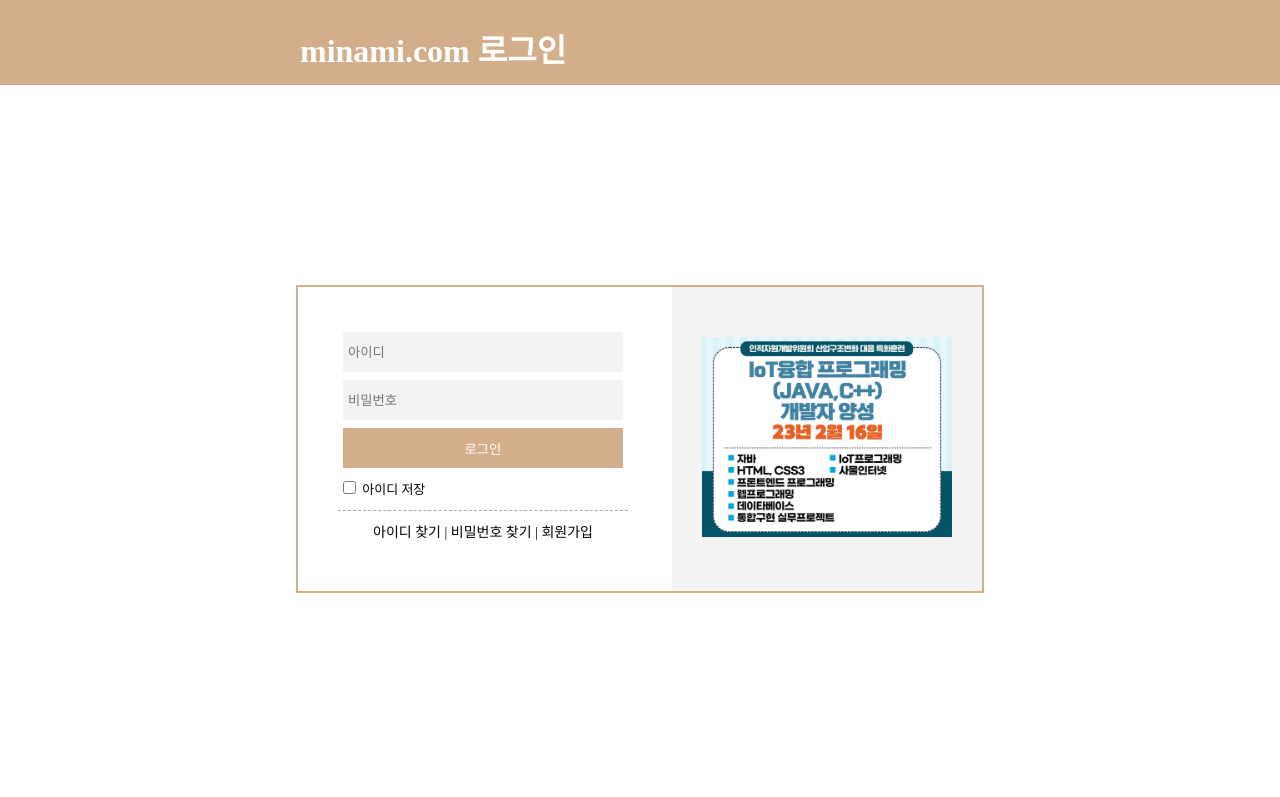
Repository: Minami0717/JSP_Study
Page: http://localhost/JSP_Gall/jsp/loginForm.jsp
These files come from the project's save history. The page is drawn as it stood at one moment and after the next save; the edit follows.
The browser window is 1280 px wide. The pictures show the whole page.
The page is served by Tomcat 9.

Above is the page before, as saved 2023-02-15 07:07:04.

After the next save:
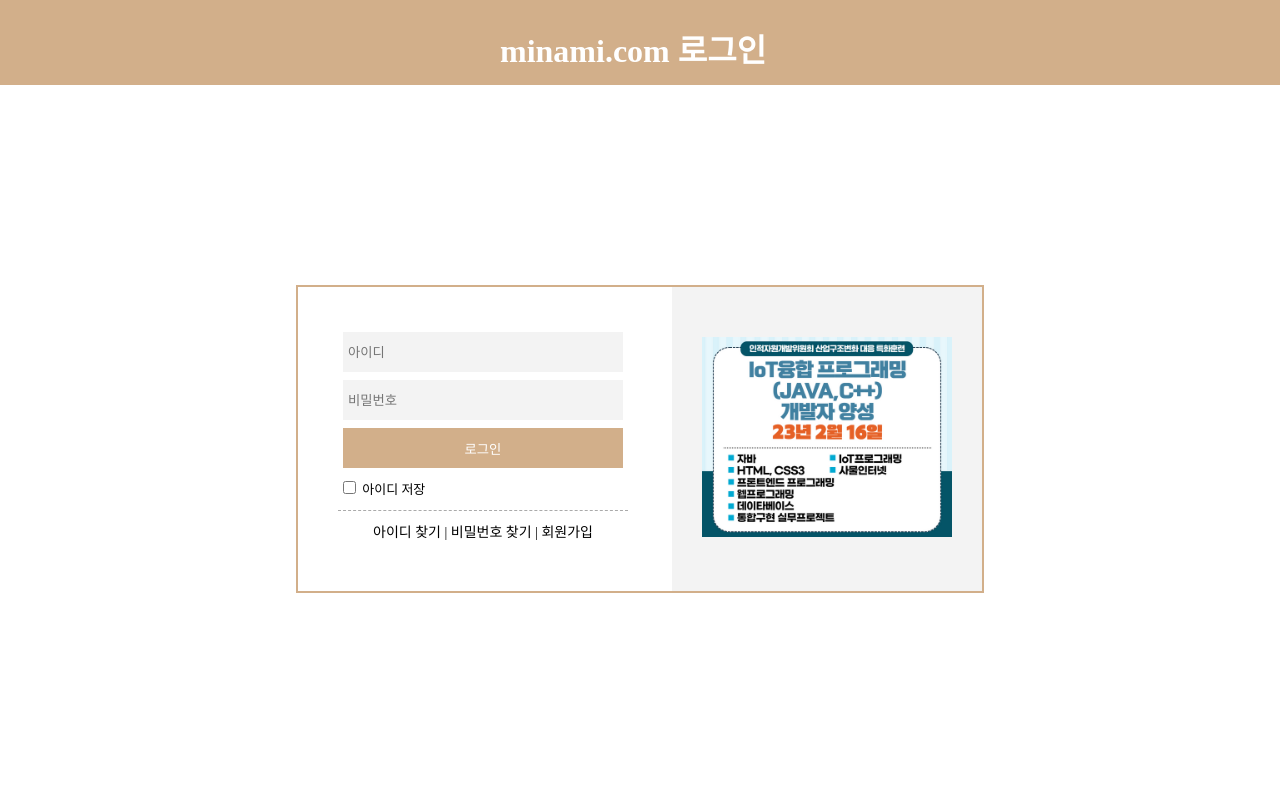
Saved 5 s later.
--- a/JSP_Gall/src/main/webapp/jsp/loginForm.jsp
+++ b/JSP_Gall/src/main/webapp/jsp/loginForm.jsp
@@ -13,7 +13,7 @@
 	header {background: #d2af8a; height: 85px;}
 	header a {color: white;}
 	header a:hover {text-decoration: none;}
-	h1 {position: absolute; top: 25px; left: 300px; width: 500px;}
+	h1 {position: absolute; top: 25px; left: 500px; width: 500px;}
 	div[align=center] {display: inline-block; border: 2px solid #d2af8a; margin: 200px auto; font-size: 13px; width: 684px;}
 	div[align=center] > div {float: right; background: #f3f3f3; padding: 50px 30px;}
 	form {float: left; padding: 40px;}
